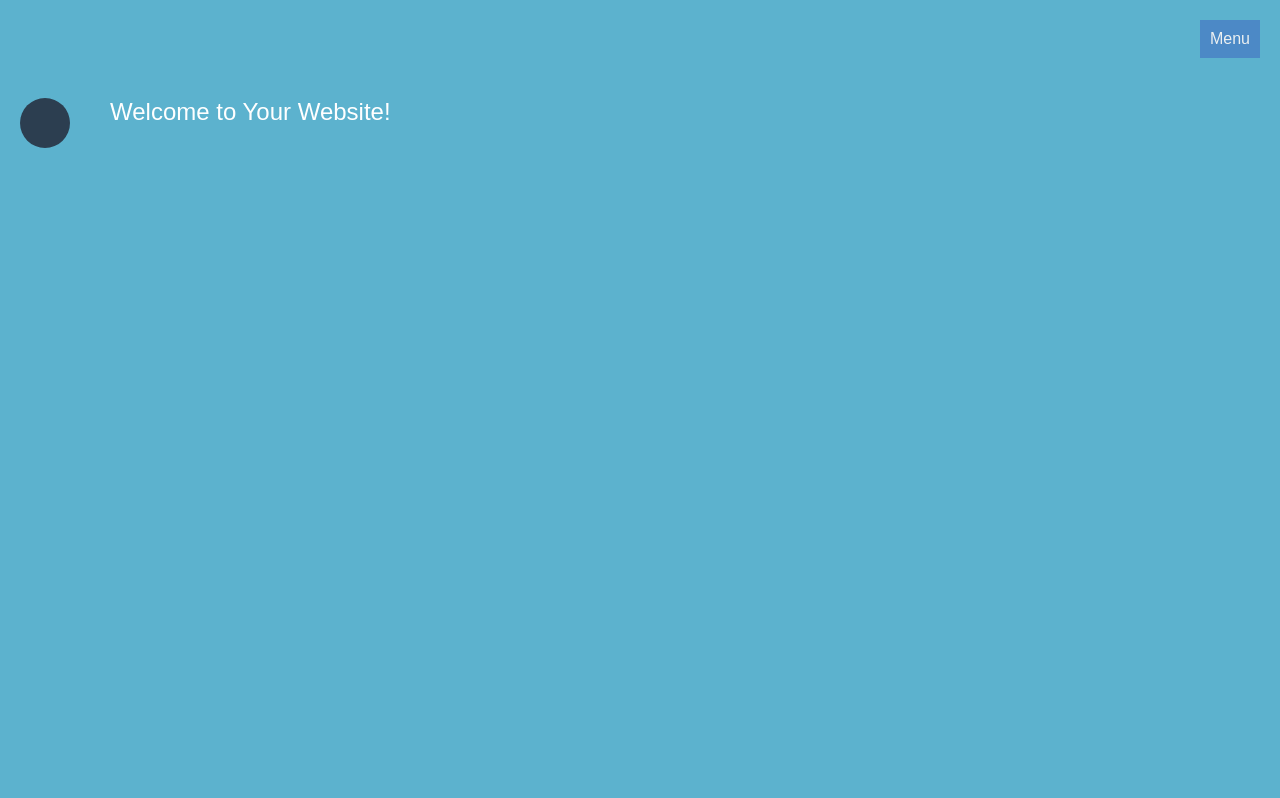
Repository: bliuzley13/Website_Portfolio
Page: Website_Portfolio/index.html
An editor plug-in stored every save of this project. The page is shown before and after the next save, followed by the edit.
The browser window is 1280 px wide. The pictures show the whole page.

Above is the page before, as saved 2024-02-05 17:15:35.

### Website_Portfolio/index.html
<!DOCTYPE html>
<html lang="en">
<head>
    <meta charset="UTF-8">
    <meta name="viewport" content="width=device-width, initial-scale=1.0">
    <title>Your Website</title>
    <style>
        body {
            margin: 0;
            padding: 0;
            font-family: Arial, sans-serif;
            background-color: #5cb2ce; /* Light blue background color */
            overflow: hidden;
        }

        #header {
            background-color: #5cb2ce; /* Light blue background color */
            padding: 20px;
            color: #ecf0f1; /* Light text color */
            display: flex;
            align-items: center;
            justify-content: flex-end; /* Align elements to the right */
        }

        #menu-btn {
            margin-left: 20px;
            padding: 10px;
            background-color: #4c89c6; /* Darker blue for the menu button */
            color: #ecf0f1;
            cursor: pointer;
        }

        #menu {
            display: none;
            position: absolute;
            top: 70px;
            right: 20px;
            background-color: #2c3e50; /* Darker blue for the subboxes */
            padding: 10px;
            border-radius: 5px;
        }

        .menu-item {
            margin-bottom: 10px;
            color: #ecf0f1;
            cursor: pointer;
        }

        #content {
            display: flex;
            height: 100vh;
            overflow: hidden;
        }

        #icon {
            width: 50px;
            height: 50px;
            background-color: #2c3e50; /* Darker blue for the icon background */
            margin: 20px;
            border-radius: 50%;
        }

        #main-container {
            flex: 1;
            padding: 20px;
            overflow-y: auto;
            color: #ffffff; /* Darker blue for the main content text color */
        }

        #welcome-animation {
            font-size: 24px;
            color: #ffffff; /* Darker blue for the welcome text color */
            animation: fadeIn 2s ease-in-out;
        }

        @keyframes fadeIn {
            0% { opacity: 0; }
            100% { opacity: 1; }
        }
    </style>
    <script>
        document.addEventListener('DOMContentLoaded', function() {
            var menuBtn = document.getElementById('menu-btn');
            var menu = document.getElementById('menu');

            menuBtn.addEventListener('click', function() {
                if (menu.style.display === 'none' || menu.style.display === '') {
                    menu.style.display = 'block';
                } else {
                    menu.style.display = 'none';
                }
            });
        });
    </script>
</head>
<body>
    <div id="header">
        <div id="menu-btn">Menu</div>
        <div id="menu">
            <div class="menu-item">Home</div>
            <div class="menu-item">About</div>
            <div class="menu-item">Projects</div>
            <div class="menu-item">Contact</div>
        </div>
    </div>

    <div id="content">
        <div id="icon"></div>
        <div id="main-container">
            <div id="welcome-animation">Welcome to Your Website!</div>
            <!-- Add your content here -->
        </div>
    </div>
</body>
</html>

After the next save:
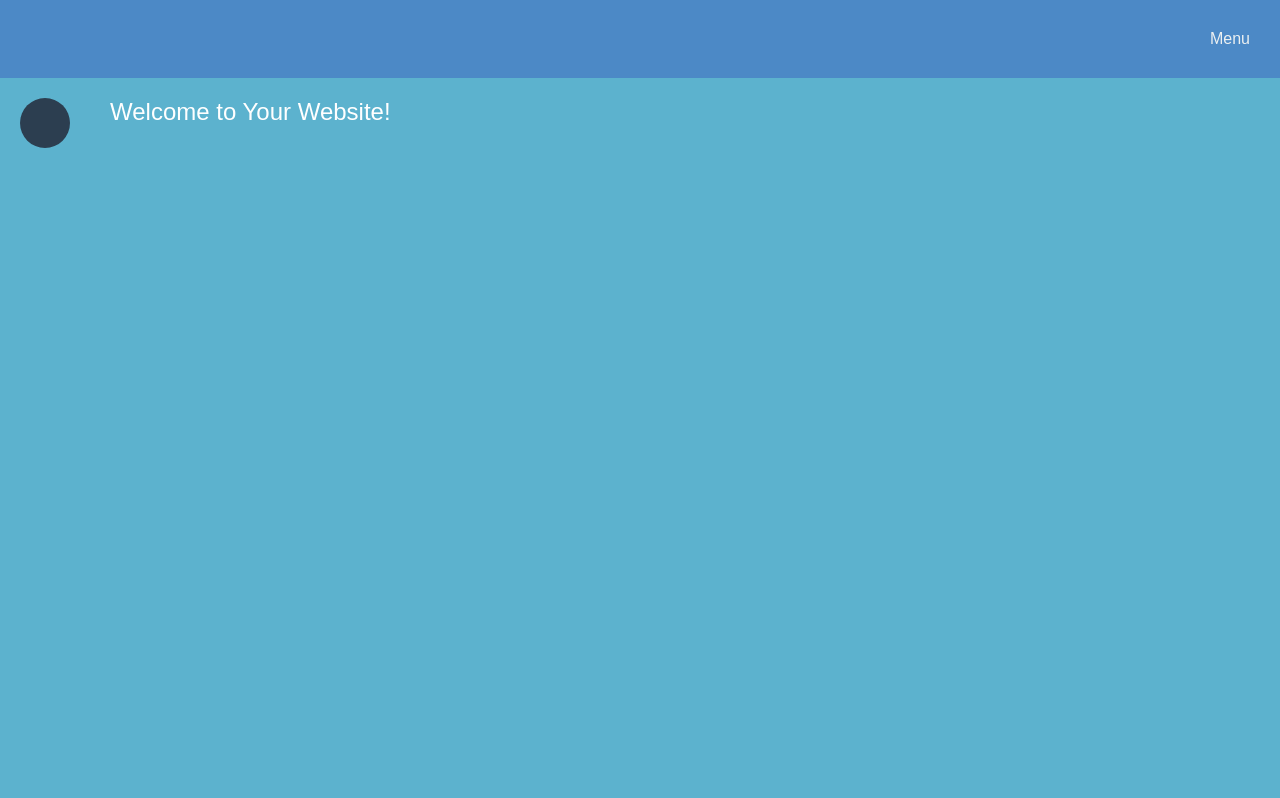
Saved 23 s later.
--- a/Website_Portfolio/index.html
+++ b/Website_Portfolio/index.html
@@ -14,7 +14,7 @@
         }
 
         #header {
-            background-color: #5cb2ce; /* Light blue background color */
+            background-color: #4c89c6; /* Darker blue for the menu button */
             padding: 20px;
             color: #ecf0f1; /* Light text color */
             display: flex;
